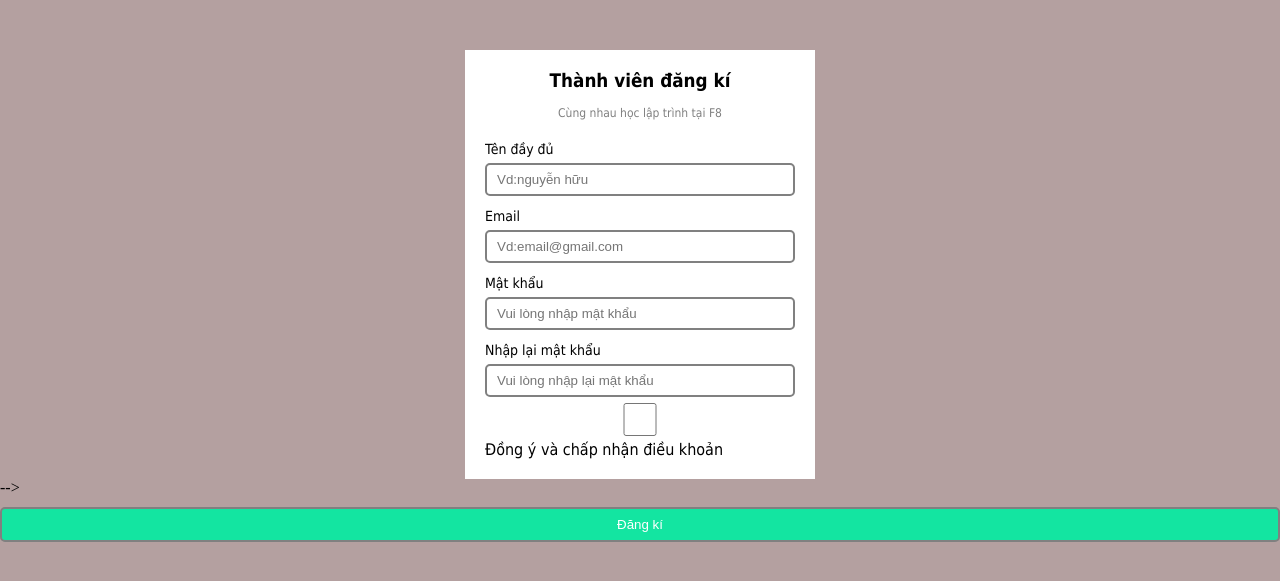
Repository: HuunvDev/Validator
Page: index.html
An editor plug-in stored every save of this project. The page is shown before and after the next save, followed by the edit.
The browser window is 1280 px wide. The pictures show the whole page.
Some web libraries are served in a nearby version.

Above is the page before, as saved 2022-08-20 16:15:33.

After the next save:
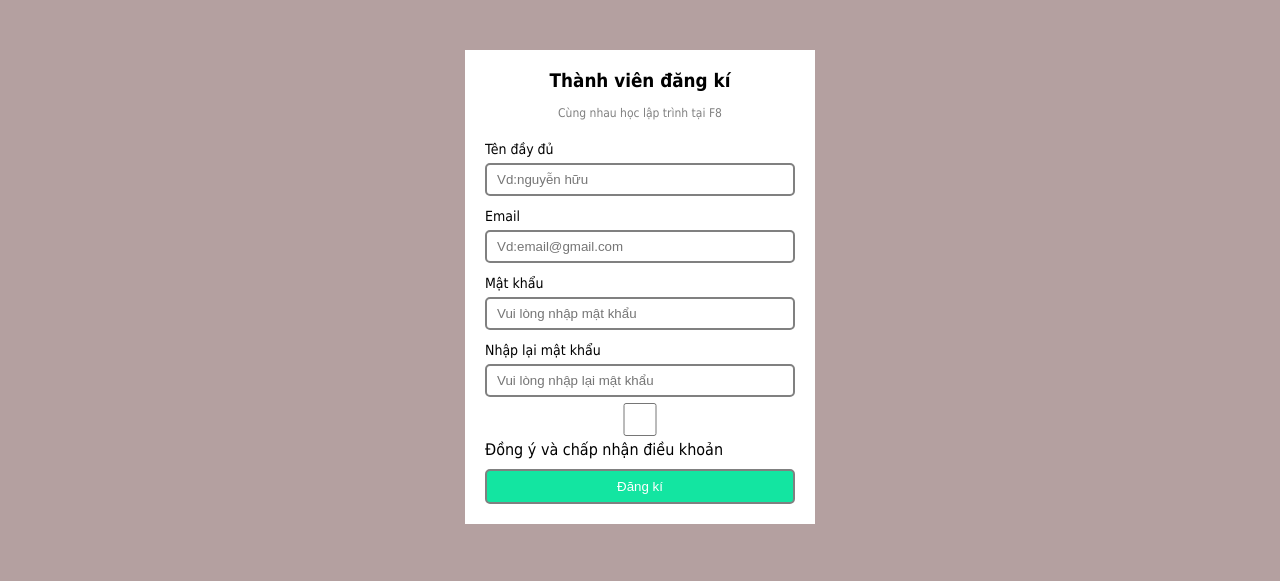
Saved 5 s later.
--- a/index.html
+++ b/index.html
@@ -38,7 +38,6 @@
             </div>
                 <input type="checkbox" name ="condition" id ="condition">
                 <span class="agree">Đồng ý và chấp nhận điều khoản</span>
-            </div> -->
 
            <button class="form-submit" type="submit">Đăng kí</button>
         </form>
